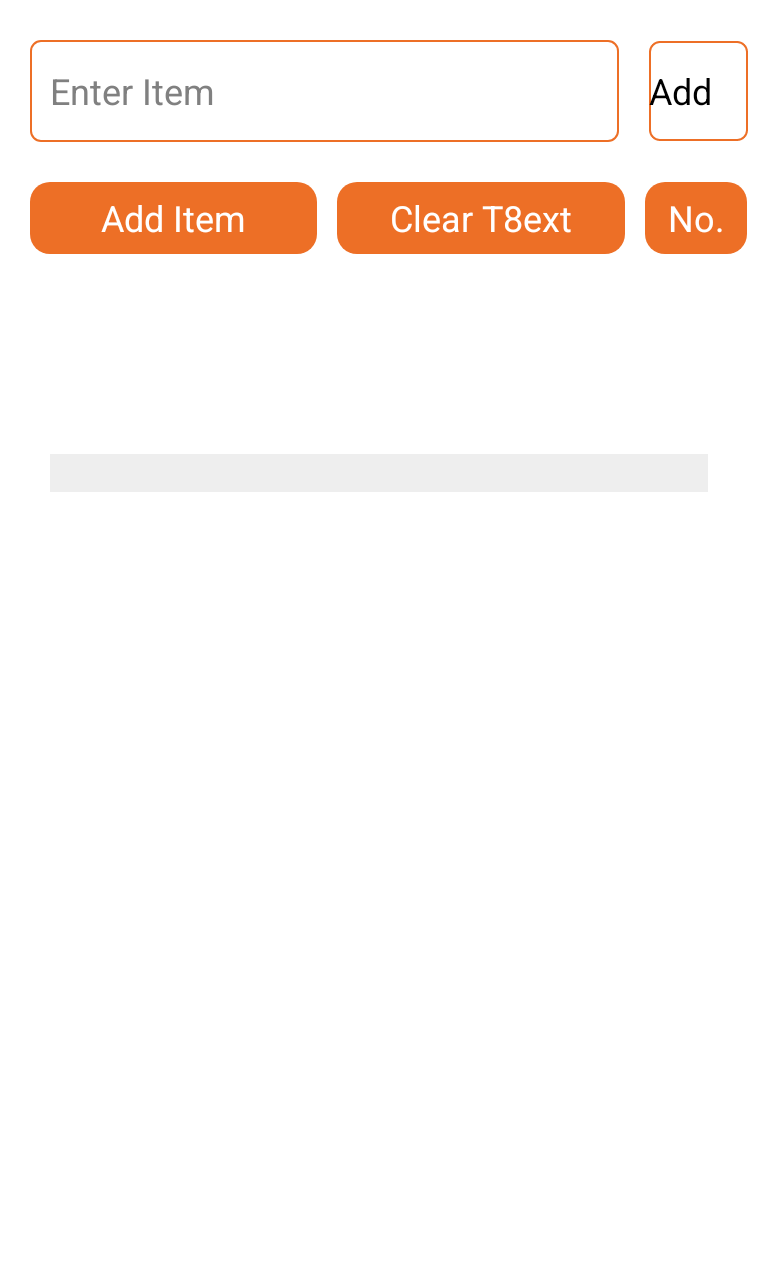
Repository: ianDervan/FYP_ShopSmart
Layout: FYP/ShopSmart/res/layout/activity_shopping_list.xml
The author's editor kept a copy of each file at every save. The layout is drawn from the files as they stood at one save, then again after the next save.
It is drawn on a 768 x 1280 px phone screen (xhdpi) without system bars, with theme AppTheme; the app's code is not run.

Above is the layout before, as saved 2015-01-16 21:33:18.

### FYP/ShopSmart/res/layout/activity_shopping_list.xml
<?xml version="1.0" encoding="utf-8"?>
<LinearLayout xmlns:android="http://schemas.android.com/apk/res/android"
     android:layout_width="match_parent"
     android:layout_height="match_parent"
     android:orientation="vertical"
     android:padding="10dip" >

    <LinearLayout
        android:layout_width="fill_parent"
        android:layout_height="wrap_content"
        android:orientation="horizontal" >

        <AutoCompleteTextView
            android:id="@+id/autocomplete"
            android:layout_width="0dp"
            android:layout_height="51dp"
            android:layout_marginLeft="5dp"
            android:layout_marginTop="10dp"
            android:layout_weight=".9"
            android:background="@drawable/customeditext"
            android:dropDownWidth="340dp"
            android:hint="Enter Item"
            android:paddingLeft="10dp" />

        <EditText
            android:id="@+id/quantity"
            android:layout_width="0dp"
            android:layout_height="50dp"
            android:layout_weight="0.15"
            android:layout_marginLeft="15dp"
            android:layout_marginTop="10dp"
            android:background="@drawable/customeditext"
            android:text="Add"
            />
    </LinearLayout>

     <LinearLayout
        android:layout_width="fill_parent"
        android:layout_height="wrap_content"
        android:layout_marginTop="10dp"
        android:layout_marginLeft="5dp"
        android:orientation="horizontal" >

        <Button
            android:id="@+id/Button02"
            android:layout_width="0dp"
            android:layout_height="36dp"
            android:layout_marginTop="10dp"
            android:layout_weight="0.42"
            android:background="@drawable/custombutton_lr"
            android:text="Add Item"
            android:textColor="#FFFFFF" />

        <Button
            android:id="@+id/cleartext"
            android:layout_width="0dp"
            android:layout_height="36dp"
            android:layout_weight="0.42"
            android:layout_marginLeft="10dp"
            android:layout_marginTop="10dp"
            android:background="@drawable/custombutton_lr"
            android:text="Clear T8ext"
            android:textColor="#FFFFFF" />

        <Button
            android:id="@+id/btn_2"
            android:layout_width="0dp"
            android:layout_height="36dp"
            android:layout_weight="0.15"
            android:layout_marginLeft="10dp"
            android:layout_marginTop="10dp"
            android:background="@drawable/custombutton_lr"
            android:text="No."
            android:textColor="#FFFFFF" />
    </LinearLayout>

     <LinearLayout
         android:layout_width="fill_parent"
         android:layout_height="wrap_content"
         android:layout_marginTop="50dp"
         android:orientation="vertical" >


         <ScrollView
             android:id="@+id/ScrollView01"
             android:layout_width="match_parent"
             android:layout_height="0dp"
             android:layout_weight="2"
             android:layout_marginTop="50dp" >

             <TextView
                 android:id="@+id/txtMsg"
                 android:layout_width="match_parent"
                 android:layout_height="wrap_content"
                 android:layout_marginLeft="15dp"
                 android:layout_marginRight="20dp"
                 android:background="#ffeeeeee" />
         </ScrollView>

     </LinearLayout>
 </LinearLayout>

### FYP/ShopSmart/res/drawable/customeditext.xml
<?xml version="1.0" encoding="utf-8"?>

<shape xmlns:android="http://schemas.android.com/apk/res/android"
	android:shape="rectangle" android:padding="10dp">
	<solid android:color="#FFFFFF" />
	<corners
	    android:bottomRightRadius="5dp"
		android:bottomLeftRadius="5dp"
		android:topLeftRadius="5dp"
		android:topRightRadius="5dp" />
	<stroke android:width="1dip" android:color="#ED6F26"/>

</shape>

### FYP/ShopSmart/res/drawable/custombutton_lr.xml
<?xml version="1.0" encoding="utf-8"?>

<shape xmlns:android="http://schemas.android.com/apk/res/android"
     android:shape="rectangle">
     <solid android:color="#ED6F26"/>
     <corners android:bottomLeftRadius="10dp"
         android:bottomRightRadius="10dp"
         android:topLeftRadius="10dp"
         android:topRightRadius="10dp"/>
 </shape>

Loaded but not shown: FYP/ShopSmart/res/values/styles.xml (common file); FYP/ShopSmart/res/values-v11/styles.xml (common file); FYP/ShopSmart/res/values-v14/styles.xml (common file)

After the next save:
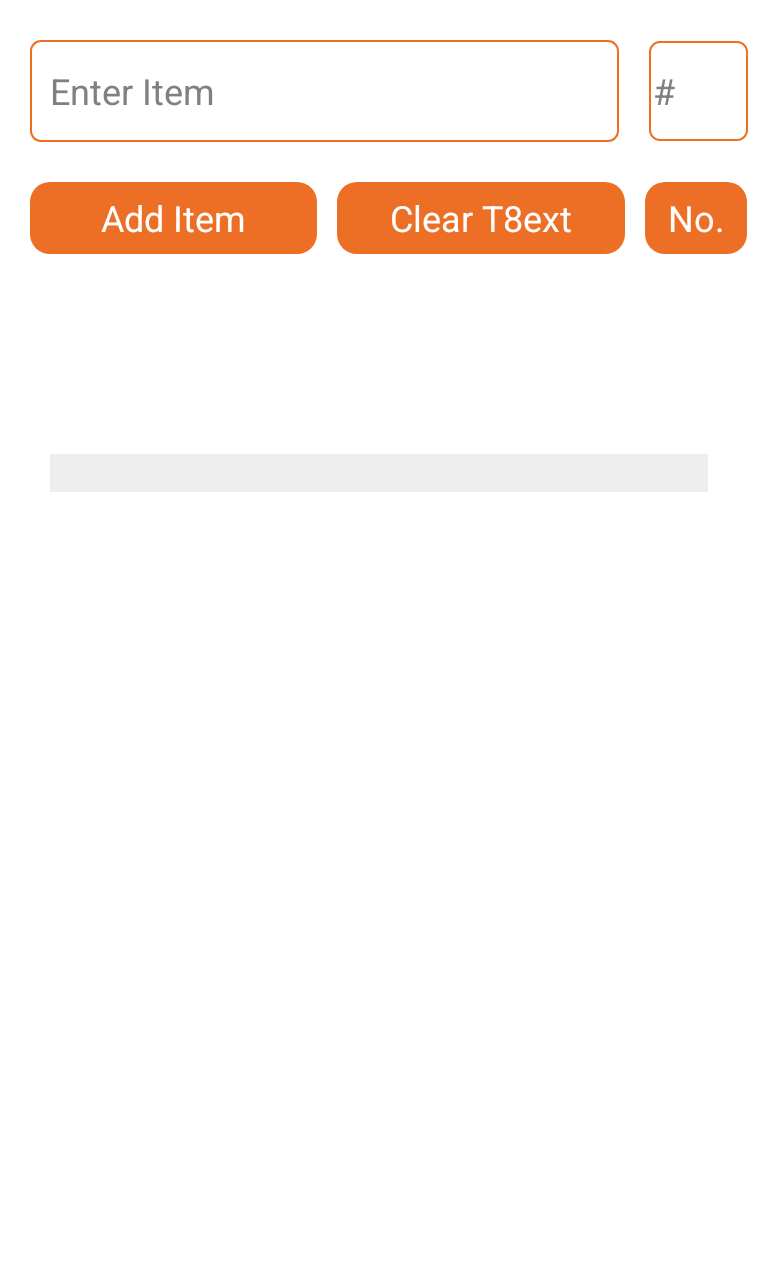
Saved 2 min 21 s later.
--- a/FYP/ShopSmart/res/layout/activity_shopping_list.xml
+++ b/FYP/ShopSmart/res/layout/activity_shopping_list.xml
@@ -30,7 +30,8 @@
             android:layout_marginLeft="15dp"
             android:layout_marginTop="10dp"
             android:background="@drawable/customeditext"
-            android:text="Add"
+            android:hint="#"
+            android:paddingLeft="2dp"
             />
     </LinearLayout>
 
